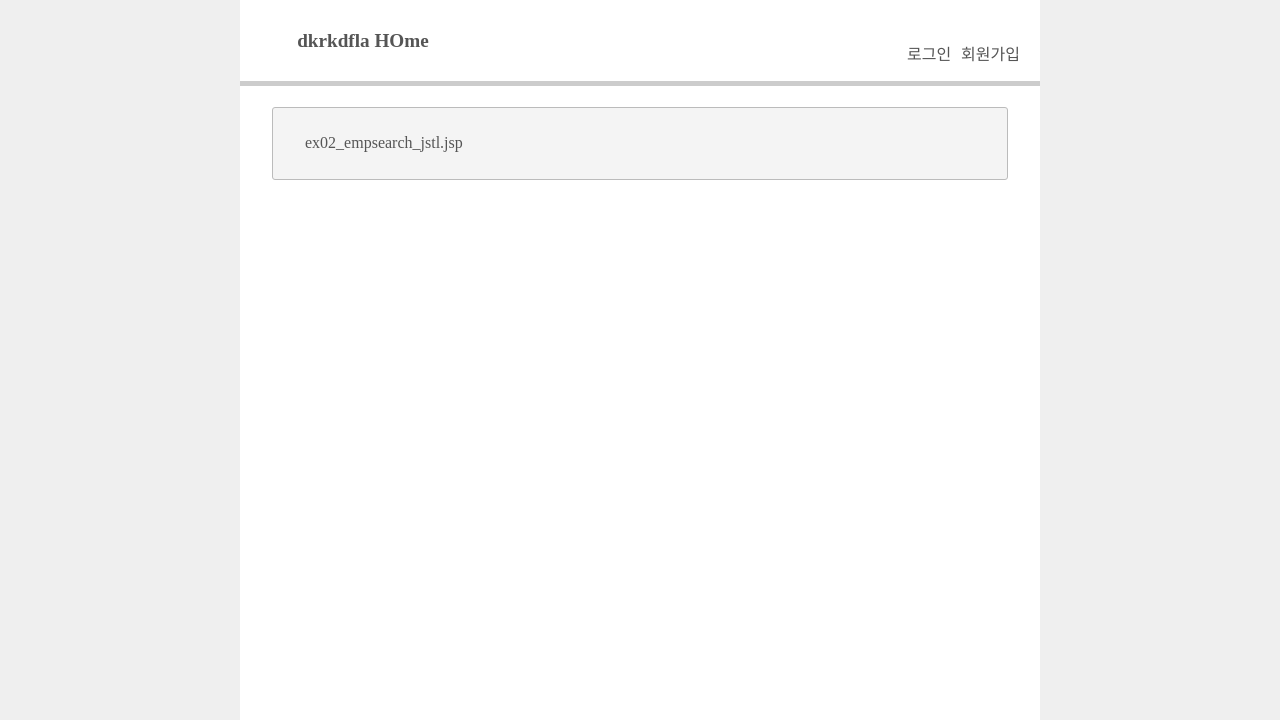
Repository: jyoons00/JSP-sample
Page: http://localhost/jspPro/days04/ex02_empsearch_jstl.jsp
An editor plug-in stored every save of this project. The page is shown before and after the next save, followed by the edit.
The browser window is 1280 px wide. The pictures show the whole page.
Some web fonts or font styles are not loaded; a fallback is used. The page is served by Tomcat 9.

Above is the page before, as saved 2024-10-18 05:09:31.

After the next save:
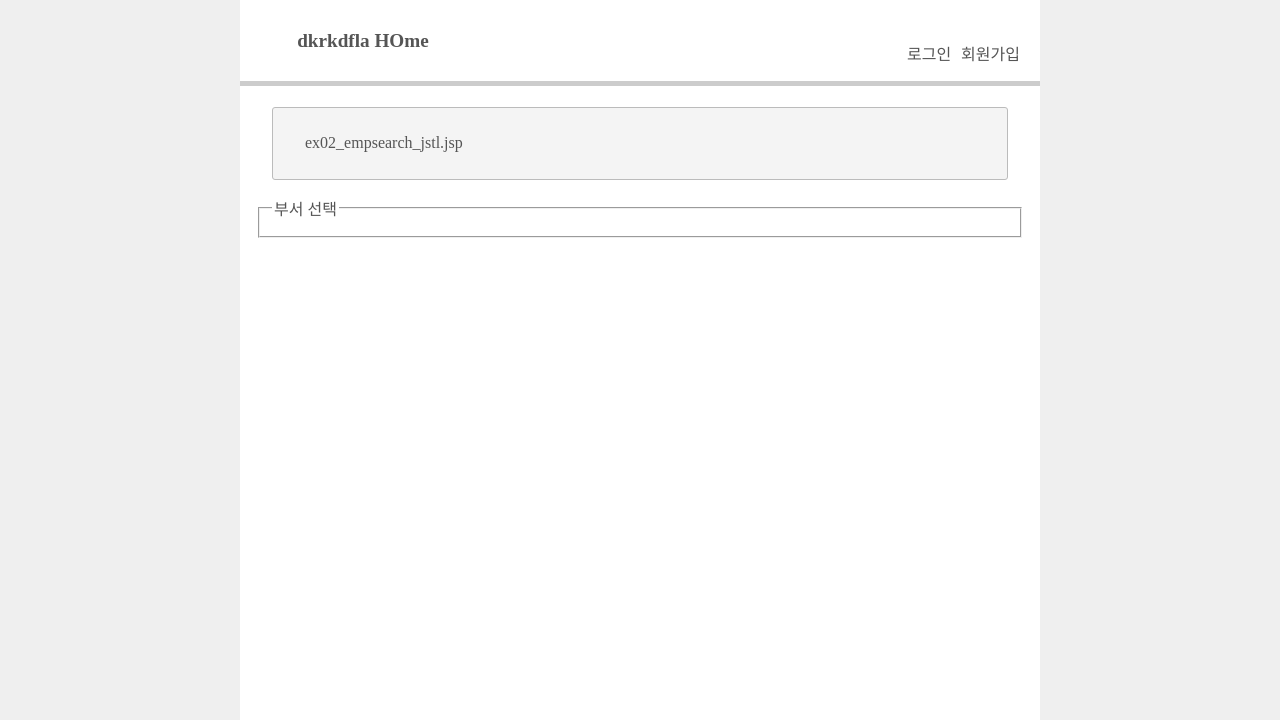
Saved 13 s later.
--- a/jspPro/src/main/webapp/days04/ex02_empsearch_jstl.jsp
+++ b/jspPro/src/main/webapp/days04/ex02_empsearch_jstl.jsp
@@ -34,6 +34,10 @@
   </xmp>
 
   <form action="<%= contextPath %>/jspPro/days04/empsearch.htm">
+  <fieldset>
+  	<legend>부서 선택</legend>
+
+  </fieldset>
 
 
   </form>
